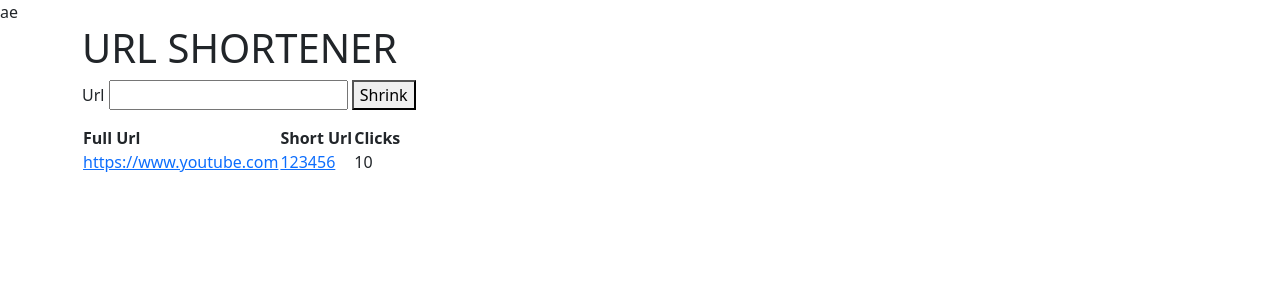
Repository: HarshM0di/URL-SHORTENER
Page: http://localhost/
An editor plug-in stored every save of this project. The page is shown before and after the next save, followed by the edit.
The browser window is 1280 px wide. The pictures show the whole page.
The page is served by the project's Node server (server.js).

Above is the page before, as saved 2022-09-18 10:35:46.

### views/index.ejs
ae<!DOCTYPE html>
<html lang="en">
<head>
    <meta charset="UTF-8">
    <meta http-equiv="X-UA-Compatible" content="IE=edge">
    <meta name="viewport" content="width=device-width, initial-scale=1.0">
    <link href="https://cdn.jsdelivr.net/npm/bootstrap@5.2.1/dist/css/bootstrap.min.css" rel="stylesheet" integrity="sha384-iYQeCzEYFbKjA/T2uDLTpkwGzCiq6soy8tYaI1GyVh/UjpbCx/TYkiZhlZB6+fzT" crossorigin="anonymous">
    <title>Document</title>
</head>
<body>
    <div class="container">



    <h1> URL SHORTENER </h1>
    <form action "" method = "POST">
        <label for="fulUrl">Url</label>
        <input type="url" name= "fullUrl" id="fullUrl" >
        <button type="submit">Shrink</button>
    </form>

    <table>
        <thead>
            <tr>
                <th>Full Url</th>
                <th>Short Url</th>
                <th>Clicks</th>

            </tr>
        </thead>
        <body>
            <tr>
               <td><a href="https://www.youtube.com">https://www.youtube.com</a></td>
            <td><a href="/123456">123456</a></td>
            <td>10</td>
            </tr>
        </body>
    </table>
</div>
</body>
</html>

### server.js
const express = require('express')
const app = express()

app.set('view engine', 'ejs')

app.get('/', (req, res) =>{
    res.render('index')
})

app.listen(process.env.PORT || 5000);

After the next save:
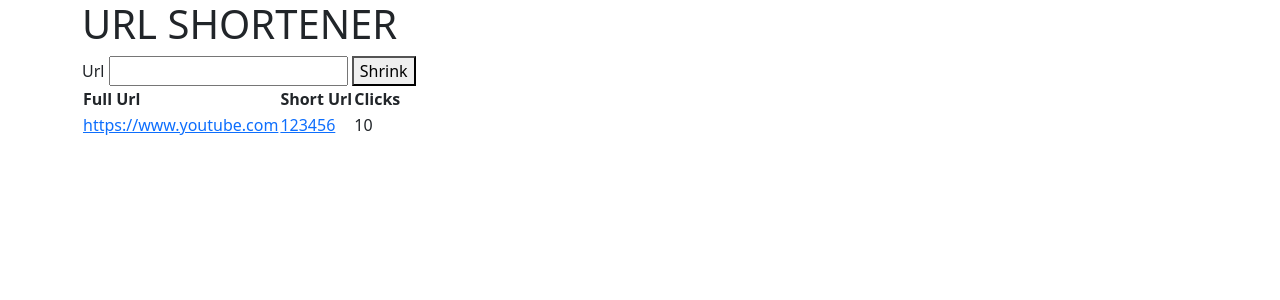
Saved 58 s later.
--- a/views/index.ejs
+++ b/views/index.ejs
@@ -1,4 +1,4 @@
-ae<!DOCTYPE html>
+<!DOCTYPE html>
 <html lang="en">
 <head>
     <meta charset="UTF-8">
